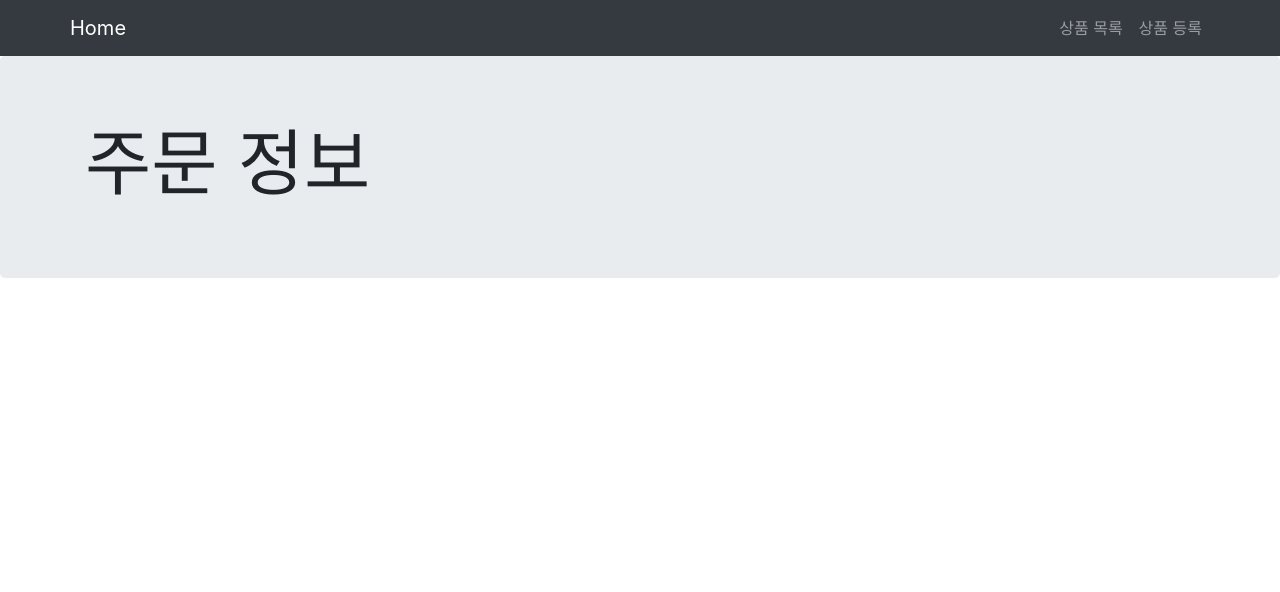
Repository: lhj257/jspwrokspace
Page: http://localhost/WebMarket/orderConfirmation.jsp
These files come from the project's save history. The page is drawn as it stood at one moment and after the next save; the edit follows.
The browser window is 1280 px wide. The pictures show the whole page.
The page is served by Tomcat 9.

Above is the page before, as saved 2023-08-31 02:07:23.

After the next save:
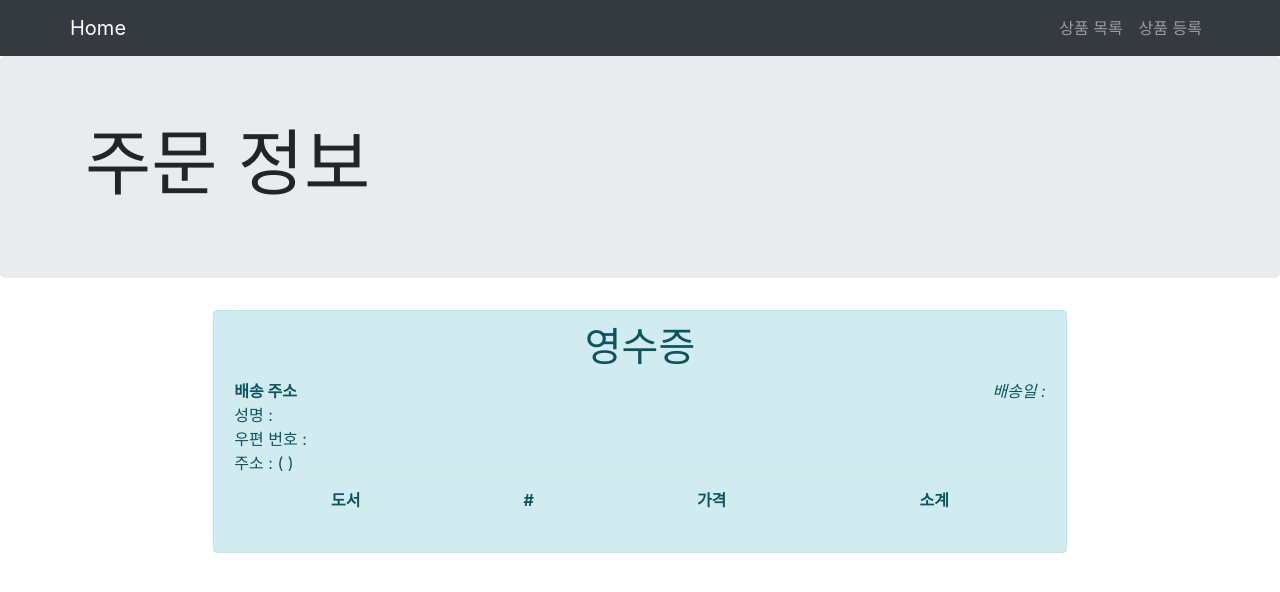
Saved 6 min 1 s later.
--- a/WebMarket/src/main/webapp/orderConfirmation.jsp
+++ b/WebMarket/src/main/webapp/orderConfirmation.jsp
@@ -51,5 +51,30 @@
 			<h1 class="display-3">주문 정보</h1>
 		</div>
 	</div>
+	<div class="container col-8 alert alert-info">
+		<div class="text-center">
+			<h1>영수증</h1>
+		</div>
+		<div class="row justify-content-between">
+			<div class="col-4" align="left">
+				<strong>배송 주소</strong><br> 성명 : <%out.println(shipping_name); %><br>
+				우편 번호 :<%out.println(shipping_zipCode); %><br>
+				주소 :<%out.println(shipping_addressName); %>(<% out.println(shipping_country);%>)<br>
+			</div>
+			<div class="col-4" align="right">
+				<p> <em>배송일 : <%out.println(shipping_shippingDate); %></em>
+			</div>
+		</div>
+		<div>
+			<table class="table table-hover">
+				<tr>
+					<th class="text-center">도서</th>
+					<th class="text-center">#</th>
+					<th class="text-center">가격</th>
+					<th class="text-center">소계</th>
+				</tr>
+			</table>
+		</div>
+	</div>
 </body>
 </html>
